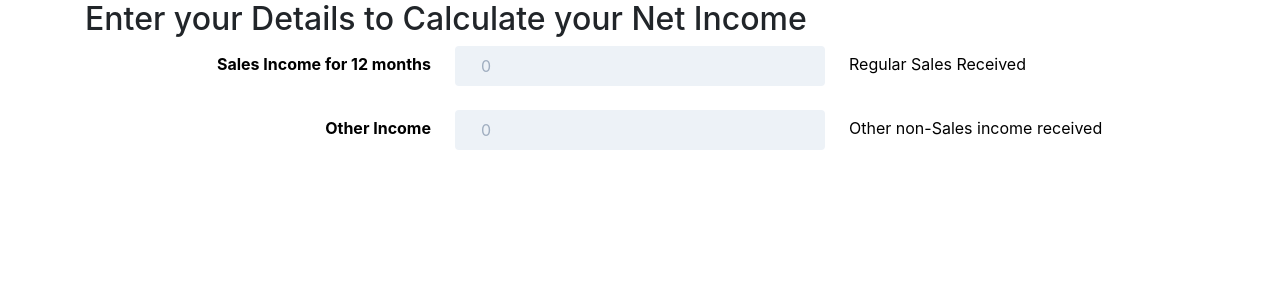
Repository: latenightsnacc/Financial-Forecast
Page: financial-forecast.html
An editor plug-in stored every save of this project. The page is shown before and after the next save, followed by the edit.
The browser window is 1280 px wide. The pictures show the whole page.

Above is the page before, as saved 2020-11-15 11:42:42.

After the next save:
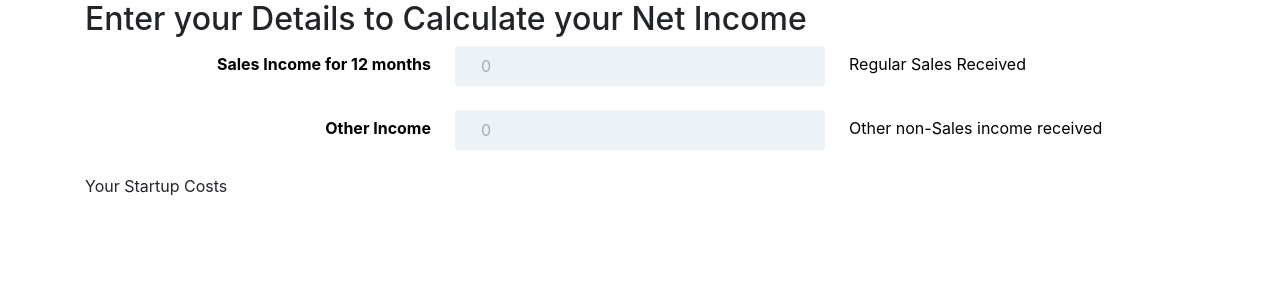
Saved 28 s later.
--- a/financial-forecast.html
+++ b/financial-forecast.html
@@ -57,7 +57,7 @@
                     </div>
                 </div>
             <!--STARTUP COSTS-->
-
+                <div class="title">Your Startup Costs</div>
               </form>
         </div>
     </div>
